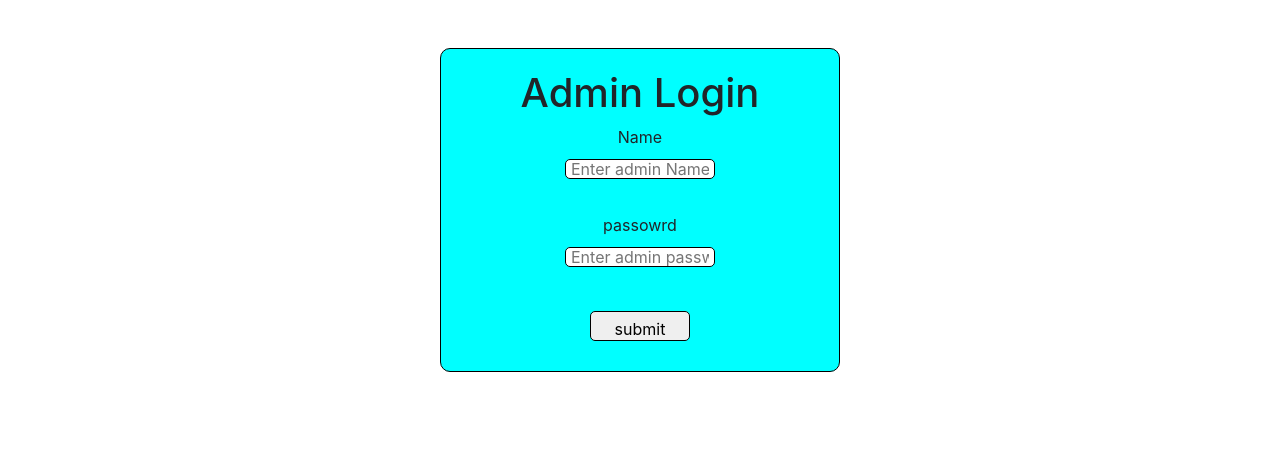
Repository: parthikjadav/parthik-react-practicle-exam
Page: /
The author's editor kept a copy of each file at every save. The page is drawn from the files as they stood at one save, then again after the next save.
The browser window is 1280 px wide. The pictures show the whole page.
The project was rebuilt for these pictures with package versions that can differ from the ones it lists, and the page was loaded fresh each time. Requests to the local data server were answered from the project's data file. Also part of the build but not shown: src/App.css, src/componet/page/Reservationform.jsx, src/componet/page/Reservationlist.jsx, src/componet/header/navdata.js, src/componet/header/Navbar.jsx.

Above is the page before, as saved 2024-05-16 10:40:46.

After the next save:
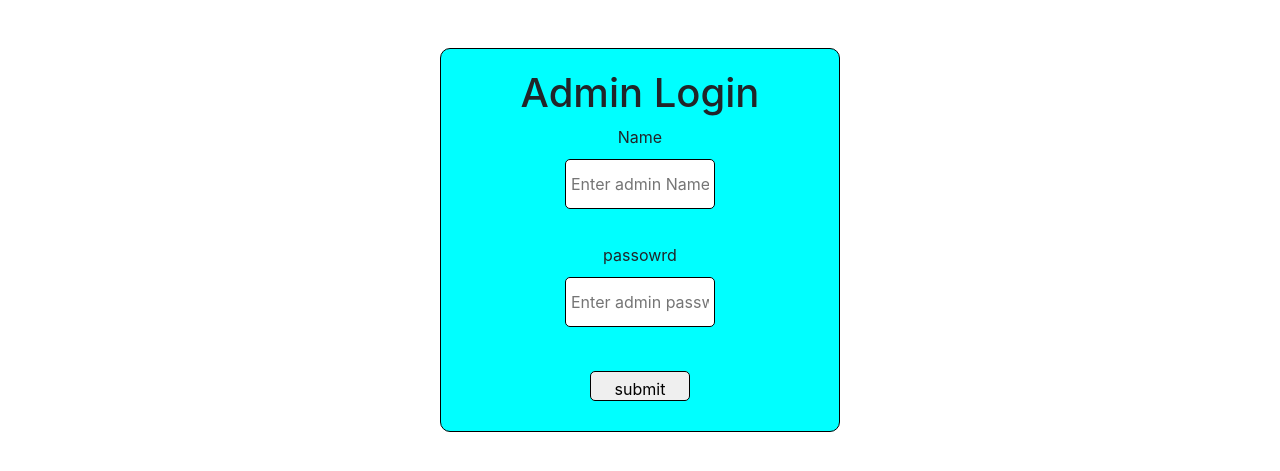
Saved 10 s later.
--- a/src/componet/page/AdminLogin.css
+++ b/src/componet/page/AdminLogin.css
@@ -12,7 +12,7 @@
 }
 .form input{
   width: 150px;
-  height: 20px;
+  height: 50px;
   margin: 10px 0px;
   border: 1px solid black;
   border-radius: 5px;
